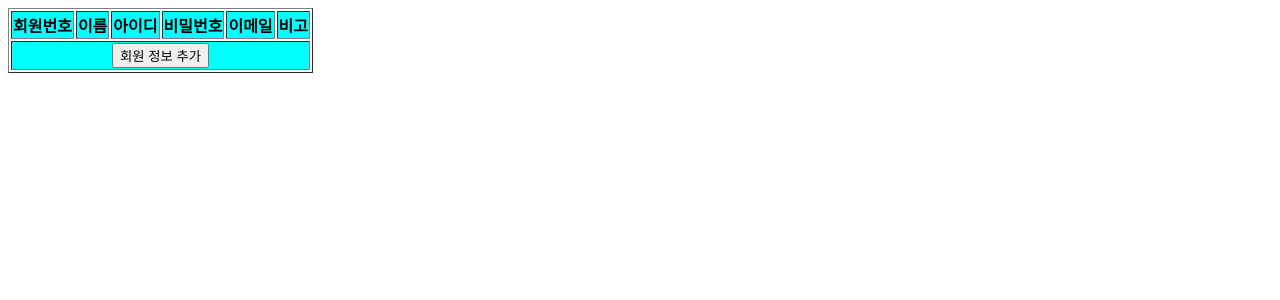
Repository: Heo-sh/Web_Development
Page: http://localhost/Ex_0418_Member/member.jsp
An editor plug-in stored every save of this project. The page is shown before and after the next save, followed by the edit.
The browser window is 1280 px wide. The pictures show the whole page.
The page is served by Tomcat 9. Other server files are loaded and not shown. Queries for data that is not in the repository find no rows.

Above is the page before, as saved 2023-04-18 08:34:27.

### Ex_0418_Member/WebContent/member.jsp
<%@page import="vo.MemberVO"%>
<%@page import="java.util.List"%>
<%@page import="dao.MemberDAO"%>
<%@ page language="java" contentType="text/html; charset=UTF-8"
    pageEncoding="UTF-8"%>
<%
	List<MemberVO> list = MemberDAO.getInstance().selectList();
%>
<!DOCTYPE html>
	<html>
	<head>
		<meta charset="UTF-8">
		<title>Insert title here</title>
		<style type="text/css">
			tr {
				background-color: aqua;
			}
		</style>
		<script type="text/javascript">
			function del(idx) {
				if (confirm("정말 삭제하시겠습니까?") == false) {
					return;
				}

				location.href = 'member_del.jsp?idx=' + idx;
			}

			function reinsert(idx, name, id, pw, email) {
				location.href = 'member_update.jsp?idx=' + idx + "&name=" + name + "&id=" + id + "&pw=" + pw + "&email=" + email;
			}
		</script>
	</head>
	<body>
		<table border="1">
			<tr>
				<th>회원번호</th>
				<th>이름</th>
				<th>아이디</th>
				<th>비밀번호</th>
				<th>이메일</th>
				<th>비고</th>
			</tr>
			<% for (int i = 0; i < list.size(); i++) {
						MemberVO vo = list.get(i);
			%>
			<tr align="center">
				<td><%= vo.getIdx() %></td>
				<td><%= vo.getName() %></td>
				<td><%= vo.getId() %></td>
				<td><%= vo.getPw() %></td>
				<td><%= vo.getEmail() %></td>
				<td>
					<input
						type="button"
						value="삭제"
						onclick="del('<%= vo.getIdx() %>')"
					>
					<input
						type="button"
						value="수정"
						onclick="reinsert('<%= vo.getIdx() %>',
										  '<%= vo.getName() %>',
										  '<%= vo.getId() %>',
										  '<%= vo.getPw() %>',
										  '<%= vo.getEmail() %>')"
					>
				</td>
			</tr>
			<%} %>
			<tr>
				<td colspan="7" align="center">
					<input
						type="button"
						value="회원 정보 추가"
						onclick="location.href='member_register.jsp'"
					>
				</td>
			</tr>
		</table>
	</body>
</html>

### Ex_0418_Member/src/dao/MemberDAO.java
package dao;

import java.sql.Connection;
import java.sql.PreparedStatement;
import java.sql.ResultSet;
import java.sql.SQLException;
import java.util.ArrayList;
import java.util.List;

import service.DBService;
import vo.MemberVO;

public class MemberDAO {
	// single-ton pattern:
	// 객체1개만생성해서 지속적으로 서비스하자
	static MemberDAO single = null;

	public static MemberDAO getInstance() {
		//생성되지 않았으면 생성
		if (single == null)
			single = new MemberDAO();
		//생성된 객체정보를 반환
		return single;
	}

	public List<MemberVO> selectList() {

		List<MemberVO> list = new ArrayList<MemberVO>();
		Connection conn = null;
		PreparedStatement pstmt = null;
		ResultSet rs = null;
		String sql = "select * from member order by idx";

		try {
			//1.Connection얻어온다
			conn = DBService.getInstance().getConnection();
			//2.명령처리객체정보를 얻어오기
			pstmt = conn.prepareStatement(sql);

			//3.결과행 처리객체 얻어오기
			rs = pstmt.executeQuery();

			while (rs.next()) {
				MemberVO vo = new MemberVO();
				//현재레코드값=>Vo저장
				vo.setIdx(rs.getInt("idx"));
				vo.setId(rs.getString("id"));
				vo.setName(rs.getString("name"));
				vo.setPw(rs.getString("pw"));
				vo.setEmail(rs.getString("email"));

				//ArrayList추가
				list.add(vo);
			}

		} catch (Exception e) {
			// TODO: handle exception
			e.printStackTrace();
		} finally {

			try {
				if (rs != null)
					rs.close();
				if (pstmt != null)
					pstmt.close();
				if (conn != null)
					conn.close();
			} catch (SQLException e) {
				// TODO Auto-generated catch block
				e.printStackTrace();
			}
		}

		return list;
	}

	//추가하기
	public int insert(MemberVO vo) {
		// TODO Auto-generated method stub
		int res = 0;

		Connection conn = null;
		PreparedStatement pstmt = null;

		String sql = "insert into member values(seq_member_idx.nextval, ?, ?, ?, ?)";

		try {
			//1.Connection획득
			conn = DBService.getInstance().getConnection();
			//2.명령처리객체 획득
			pstmt = conn.prepareStatement(sql);

			//3.pstmt parameter 채우기
			pstmt.setString(1, vo.getName());
			pstmt.setString(2, vo.getId());
			pstmt.setString(3, vo.getPw());
			pstmt.setString(4, vo.getEmail());

			//4.DB로 전송(res:처리된행수)
			res = pstmt.executeUpdate();

		} catch (Exception e) {
			// TODO: handle exception
			e.printStackTrace();
		} finally {

			try {
				if (pstmt != null)
					pstmt.close();
				if (conn != null)
					conn.close();
			} catch (SQLException e) {
				// TODO Auto-generated catch block
				e.printStackTrace();
			}
		}
		return res;
	}

	//삭제하기
	public int delete(int idx) {
		// TODO Auto-generated method stub
		int res = 0;

		Connection conn = null;
		PreparedStatement pstmt = null;

		String sql = "delete from member where idx=?";

		try {
			//1.Connection획득
			conn = DBService.getInstance().getConnection();
			//2.명령처리객체 획득
			pstmt = conn.prepareStatement(sql);

			//3.pstmt parameter 채우기
			pstmt.setInt(1, idx);

			//4.DB로 전송(res:처리된행수)
			res = pstmt.executeUpdate();

		} catch (Exception e) {
			// TODO: handle exception
			e.printStackTrace();
		} finally {

			try {
				if (pstmt != null)
					pstmt.close();
				if (conn != null)
					conn.close();
			} catch (SQLException e) {
				// TODO Auto-generated catch block
				e.printStackTrace();
			}
		}
		return res;
	}

	public int update(MemberVO vo) {
		// TODO Auto-generated method stub
		int res = 0;

		Connection conn = null;
		PreparedStatement pstmt = null;

		String sql = "update member set name=?, id=?, pw=?, email=? where idx=?";

		try {
			//1.Connection획득
			conn = DBService.getInstance().getConnection();
			//2.명령처리객체 획득
			pstmt = conn.prepareStatement(sql);

			//3.pstmt parameter 채우기
			pstmt.setString(1, vo.getName());
			pstmt.setString(2, vo.getId());
			pstmt.setString(3, vo.getPw());
			pstmt.setString(4, vo.getEmail());
			pstmt.setInt(5, vo.getIdx());

			//4.DB로 전송(res:처리된행수)
			res = pstmt.executeUpdate();

		} catch (Exception e) {
			// TODO: handle exception
			e.printStackTrace();
		} finally {

			try {
				if (pstmt != null)
					pstmt.close();
				if (conn != null)
					conn.close();
			} catch (SQLException e) {
				// TODO Auto-generated catch block
				e.printStackTrace();
			}
		}
		return res;
	}

































}

### Ex_0418_Member/src/service/DBService.java
package service;

import java.sql.Connection;
import java.sql.SQLException;

import javax.naming.Context;
import javax.naming.InitialContext;
import javax.naming.NamingException;
import javax.sql.DataSource;

public class DBService {
//	multi - 본인만의 축약어를 만들 수 있다.
//	window -> preperence -> java -> template -> new
//	for (int i = 0; i < argType; i++) {
//		for (int j = 0; j < argType; j++) {
//
//		}
//	}


//	DB접속을 위한 코드를 위한 class

	//single-ton pattern:
	//객체1개만생성해서 지속적으로 서비스하자
	//- jsp파일을 생성하고 DB에 접속하려고 할 때마다 객체들을 생성하여 메모리를 점유해야한다.
	//  -> 코드를 매번 작성해야 하고 비효율적이기에 single-ton pattern을 이용한다.
	//- 어플리케이션이 시작될 때 어떤 클래스가 최초 한번만 메모리를 할당하고(static의 개념)
	//  그 메모리에 인스턴스를 만들어 사용하는 디자인 패턴
	//- DB를 접속할 때처럼 공통된 객체를 여러 개 생성해서 사용해야 하는 상황에 많이 사용
	static DBService single = null;

	public static DBService getInstance() { //static으로 만들어진 객체는 new를 쓰지 않아도 불러올 수 있다.
		//생성되지 않았으면 생성
		if (single == null) //메모리를 점유하고 있지 않다면
			single = new DBService(); //객체를 생성하라
		//생성된 객체정보를 반환
		return single; //single: DB 접속 관련 정보가 들어가 있다.
	}

	DataSource ds; //생성자 밖에서도 써야하기에 바깥으로 빼둠

	public DBService() {
		try {
			InitialContext ic = new InitialContext();
			Context ctx = (Context)ic.lookup("java:comp/env");
			ds = (DataSource)ctx.lookup("jdbc/oracle_test");

		} catch (NamingException e) {
			// TODO Auto-generated catch block
			e.printStackTrace();
		}
	}

	public Connection getConnection() {
		Connection conn = null;

		try {
			conn = ds.getConnection();
		} catch (SQLException e) {
			// TODO Auto-generated catch block
			e.printStackTrace();
		}

		return conn;
	}

}

After the next save:
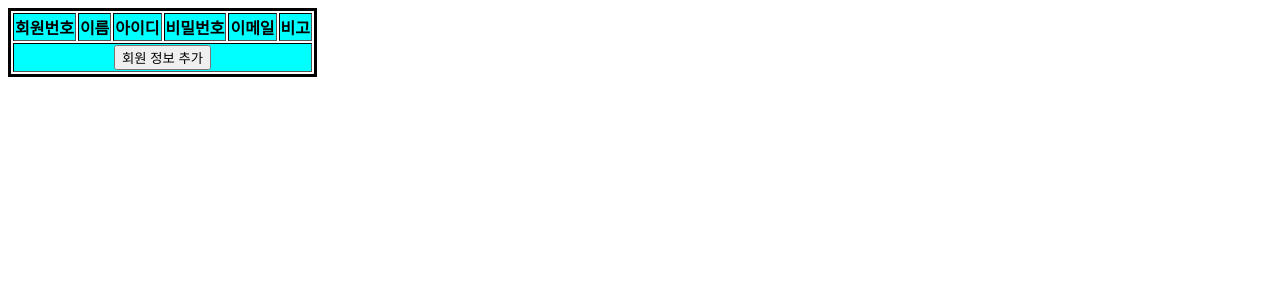
Saved 24 s later.
--- a/Ex_0418_Member/WebContent/member.jsp
+++ b/Ex_0418_Member/WebContent/member.jsp
@@ -14,6 +14,9 @@
 		<style type="text/css">
 			tr {
 				background-color: aqua;
+			}
+			table {
+				border: black, solid;
 			}
 		</style>
 		<script type="text/javascript">
